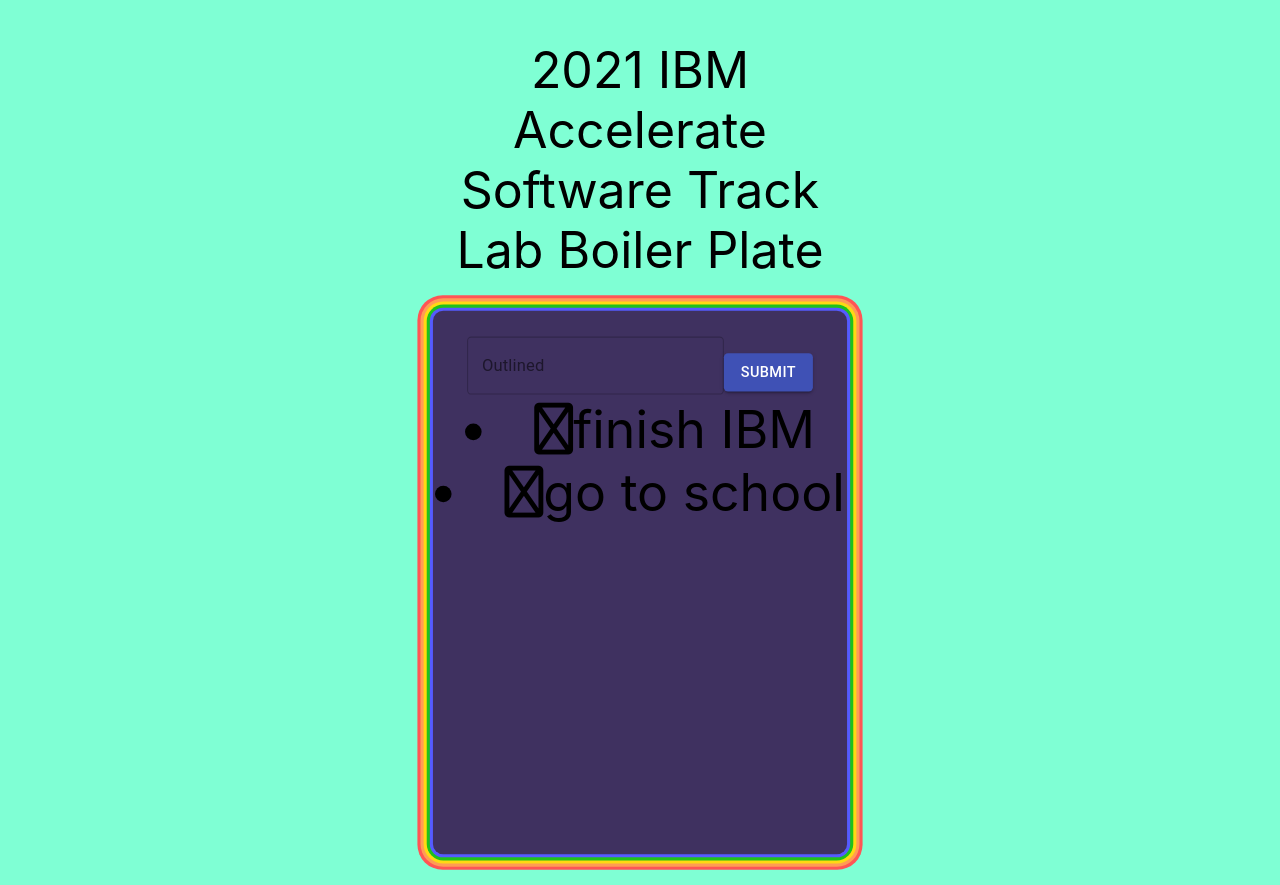
Repository: 2021-IBM-Accelerate-SW-Track/lab-1-team-34
Page: /
The author's editor kept a copy of each file at every save. The page is drawn from the files as they stood at one save, then again after the next save.
The browser window is 1280 px wide. The pictures show the whole page.
Some web libraries are served in a nearby version. The project was rebuilt for these pictures with package versions that can differ from the ones it lists, and the page was loaded fresh each time.

Above is the page before, as saved 2021-06-13 20:14:46.

### public/index.html
<!DOCTYPE html>
<html lang="en">
  <head>
    <meta charset="utf-8" />
    <meta name="viewport" content="width=device-width, initial-scale=1" />
    <meta name="theme-color" content="#000000" />
    <meta
      name="description"
      content="Web site created using create-react-app"
    />
    <script src="https://kit.fontawesome.com/b9d1aed08a.js" crossorigin="anonymous"></script>

    <!--
      manifest.json provides metadata used when your web app is installed on a
      user's mobile device or desktop. See https://developers.google.com/web/fundamentals/web-app-manifest/
    -->
    <!--
      Notice the use of %PUBLIC_URL% in the tags above.
      It will be replaced with the URL of the `public` folder during the build.
      Only files inside the `public` folder can be referenced from the HTML.

      Unlike "/favicon.ico" or "favicon.ico", "%PUBLIC_URL%/favicon.ico" will
      work correctly both with client-side routing and a non-root public URL.
      Learn how to configure a non-root public URL by running `npm run build`.
    -->
    <title>React App</title>
  </head>
  <body>
    <noscript>You need to enable JavaScript to run this app.</noscript>
    <div id="root"></div>
    <!--
      This HTML file is a template.
      If you open it directly in the browser, you will see an empty page.

      You can add webfonts, meta tags, or analytics to this file.
      The build step will place the bundled scripts into the <body> tag.

      To begin the development, run `npm start` or `yarn start`.
      To create a production bundle, use `npm run build` or `yarn build`.
    -->
  </body>
</html>

### src/App.js
// import Header from "./component/header";
import Page from "./Pages/UI";

import "./App.css";

function App() {
  return (
    <div className="App">
      <Page />
    </div>
  );
}

export default App;

### src/Pages/UI/index.js
import Page from "./page";

export default Page;

### src/App.css
.App {
  text-align: center;
  background: aquamarine;
  font-size: 50px;
}

body {
  margin: 0;
  font-family: -apple-system, BlinkMacSystemFont, "Segoe UI", "Roboto", "Oxygen",
    "Ubuntu", "Cantarell", "Fira Sans", "Droid Sans", "Helvetica Neue",
    sans-serif;
  -webkit-font-smoothing: antialiased;
  -moz-osx-font-smoothing: grayscale;
}

code {
  font-family: source-code-pro, Menlo, Monaco, Consolas, "Courier New",
    monospace;
}
html {
  background: aquamarine;
}

### src/Pages/UI/page.js
import React from "react";
import Header from "../../component/header/header"; // no target file, targets index.js
import Input from "../../component/Input";

function page(props) {
  return (
    <div>
      <Header />
      <Input />
    </div>
  );
}

export default page;

### src/component/header/header.js
export default function Header() {
  return (
    <div className="header">
      2021 IBM Accelerate Software Track Lab Boiler Plate
    </div>
  );
}

### src/component/Input/index.js
import Input from "./input";

export default Input;

### src/component/Input/input.js
import { TextField, Button } from "@material-ui/core";
import React, { useState } from "react";
import "./input.css";

const initialTodo = ["finish IBM", "go to school"];

function Input(props) {
  const [input, setInput] = useState("");
  const [list, setTodo] = React.useState(initialTodo);

  function handleAdd() {
    const newList = list;
    newList.push(input);
    setTodo(newList);
    console.log(list);
    setInput("");
    handleClear();
    // debugger;
  }

  const handleClear = () => {
    Array.from(document.querySelectorAll("input")).forEach((input) => {
      input.value = "";
    });
    Array.from(document.querySelectorAll("textarea")).forEach((textarea) => {
      textarea.value = "";
    });
  };
  return (
    <div className="inputcolor">
      <TextField
        onChange={(event) => {
          setInput(event.target.value);
          console.log(input);
        }}
        // onEnter={() => {
        //   list.push(input);
        // }}
        // id="outlined-basic"
        label="Outlined"
        variant="outlined"
      />

      <Button onClick={handleAdd} variant="contained" color="primary">
        Submit
      </Button>

      {/* list not updating quick but data does get added */}
      {list &&
        list.map((item, index) => {
          return <li key={index}>{item}</li>;
        })}
    </div>
  );
}

export default Input;

### src/component/Input/input.css
.inputcolor {
  background-color: #3f3160;
  min-height: 500px;
  width: 400px;
  margin: 40px auto;
  padding-top: 25px;
  border-radius: 10px;

  box-shadow: rgb(85, 91, 255) 0px 0px 0px 3px, rgb(31, 193, 27) 0px 0px 0px 6px,
    rgb(255, 217, 19) 0px 0px 0px 9px, rgb(255, 156, 85) 0px 0px 0px 12px,
    rgb(255, 85, 85) 0px 0px 0px 15px;
}

@keyframes pulse {
  from {
    transform: scale3d(1, 1, 1);
  }

  50% {
    transform: scale3d(1.05, 1.05, 1.05);
  }

  to {
    transform: scale3d(1, 1, 1);
  }
}
.App > div > .inputcolor {
  animation: pulse 3400ms linear infinite both;
}
.inputtext {
  background-color: #ffffff;
  border: 0;
  color: #fff;
  width: 200px;

  height: 50px;
  margin: 20px;
  padding: 0 20px;
  font-size: 18px;
  border-radius: 10px;
  padding-right: 10px;
}
.container {
  padding-top: 0px;
  padding-bottom: 30px;
}
.list {
  color: white;
  text-align: center;
}

ul li {
  padding: 10px 0px;
}

li:before {
  content: "\f00c";
  font-family: "Font Awesome 5 Free";
}

.App {
  background-color: #fec9bb;
  min-height: 500px;
  width: 400px;
  margin: 40px auto;
}
.button {
  background-color: rgba(27, 112, 137, 1);
  border: 0;
  color: #fff;
  width: 100px;

  height: 50px;
  margin: 20px;
  padding: 0 20px;
  font-size: 18px;
  border-radius: 10px;
}

Loaded but not shown: src/index.js (common file)

After the next save:
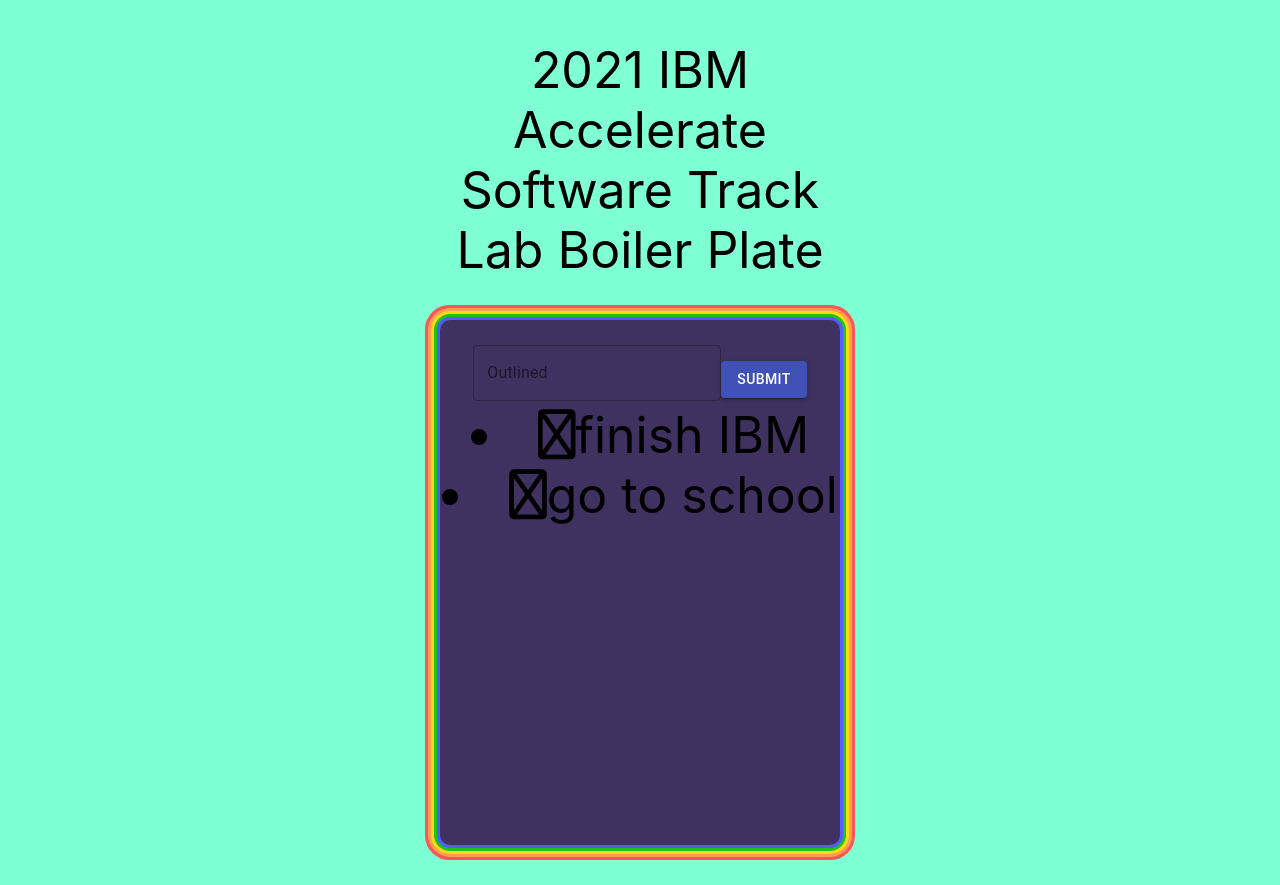
Saved 32 s later.
--- a/src/component/Input/input.css
+++ b/src/component/Input/input.css
@@ -24,7 +24,7 @@
     transform: scale3d(1, 1, 1);
   }
 }
-.App > div > .inputcolor {
+/* .App > div > .inputcolor {
   animation: pulse 3400ms linear infinite both;
 }
 .inputtext {
@@ -39,7 +39,7 @@
   font-size: 18px;
   border-radius: 10px;
   padding-right: 10px;
-}
+} */
 .container {
   padding-top: 0px;
   padding-bottom: 30px;
